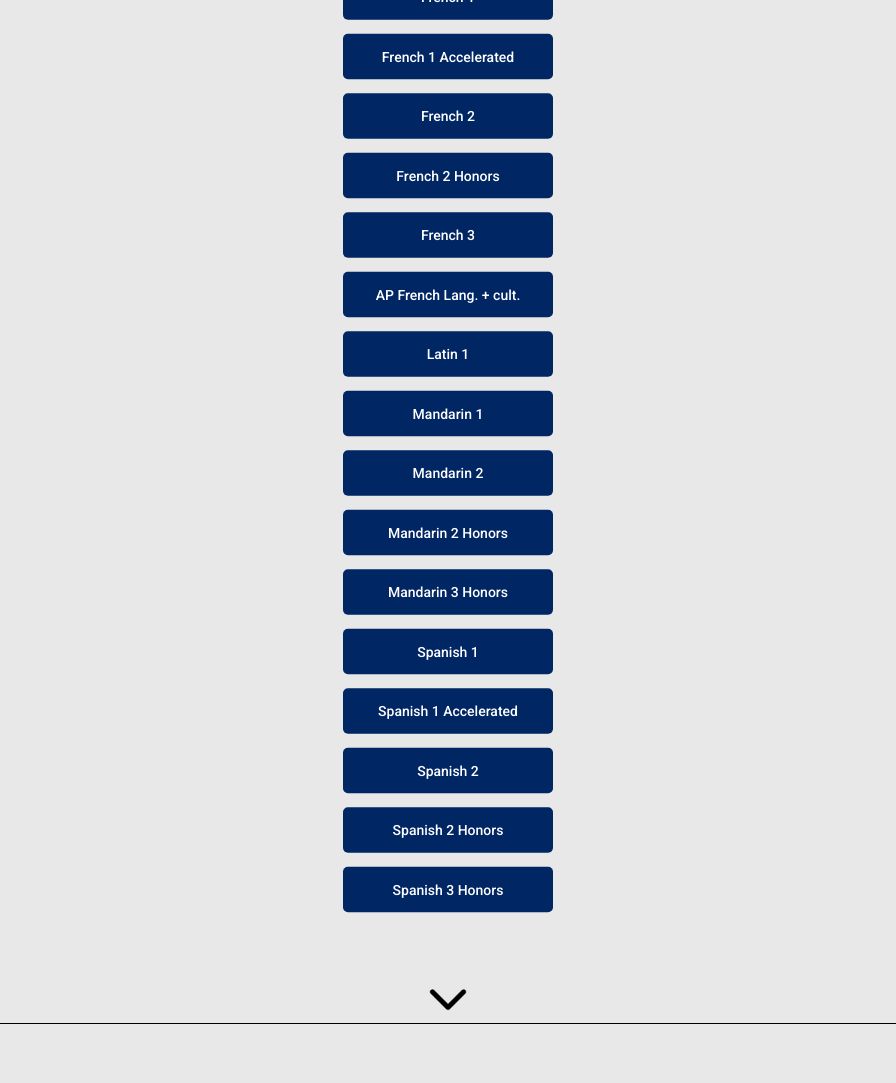
Repository: BuddyBob/si_course_selection
Page: /#/yearTwo
The author's editor kept a copy of each file at every save. The page is drawn from the files as they stood at one save, then again after the next save.
The browser window is 1280 px wide. The pictures show the part of the page from y = 1443 to 3363 px (the page is 2990 px tall before and 3363 px after), at 70% of full size.
The project was rebuilt for these pictures with package versions that can differ from the ones it lists, and the page was loaded fresh each time. Also part of the build but not shown: src/components/CurrentYear.js, src/getLocalStorage.js, src/Home.js, src/components/AllYears/YearFour.js, src/components/AllYears/YearOne.js, src/components/AllYears/YearThree.js.

Above is the page before, as saved 2023-01-04 11:04:50.

### public/index.html
<!DOCTYPE html>
<html lang="en">
  <head>
    <meta charset="utf-8" />
    <link rel="icon" href="%PUBLIC_URL%/favicon.ico" />
    <meta name="viewport" content="width=device-width, initial-scale=1" />
    <meta name="theme-color" content="#000000" />
    <meta
      name="description"
      content="Web site created using create-react-app"
    />
    <link rel="apple-touch-icon" href="%PUBLIC_URL%/logo192.png" />
    <link rel="manifest" href="%PUBLIC_URL%/manifest.json" />

    <link rel="preconnect" href="https://fonts.googleapis.com">
    <link rel="preconnect" href="https://fonts.gstatic.com" crossorigin>
    <link href="https://fonts.googleapis.com/css2?family=Open+Sans:wght@300;400&family=Roboto:wght@500&display=swap" rel="stylesheet">
    <title>React App</title>
  </head>
  <body>
    <noscript>You need to enable JavaScript to run this app.</noscript>
    <div id="root"></div>

  </body>
</html>

### src/index.js
import App from './App';
import React from 'react';
import ReactDOM from 'react-dom';
import { HashRouter as Router } from 'react-router-dom';

ReactDOM.render(<Router>< App /></Router>, document.getElementById("root"));

### src/App.js
import './index.css'

import {
    Route,
    Routes,
} from "react-router-dom";

import CurrentYear from "./components/CurrentYear";
import Home from "./Home";
import YearFour from "./components/AllYears/YearFour";
import YearOne from "./components/AllYears/YearOne";
import YearThree from "./components/AllYears/YearThree";
import YearTwo from "./components/AllYears/YearTwo";

export default function App() {
    return (
          <Routes>
            <Route  exact path='/' element={<Home/>} />
            <Route  exact path='/currentYear' element={<CurrentYear/>} />
            <Route  exact path='/yearOne' element={<YearOne/>} />
            <Route  exact path='/yearTwo' element={<YearTwo/>} />
            <Route  exact path='/yearThree' element={<YearThree/>} />
            <Route  exact path='/yearFour' element={<YearFour/>} />
          </Routes>
    );
  }

### src/index.css
:root {
  --background:#e8e8e8;
  --main:#002664;
  --secondary:#A61930;
  --highlight:#2D2D2D;
  --text:#2D2D2D;
}

*{
  padding: 0;
  margin: 0;
  box-sizing: border-box;
  cursor: default;
  font-family: 'Open Sans', sans-serif;
  font-family: 'Roboto', sans-serif;
}

body{
  background: var(--background);
  overflow-x: hidden;
}


.main-container{
/* center */
  display: flex;
  flex-direction: column;
  justify-content: center;
  align-items: center;
  width: 100%;
  height: 100%;
  margin: auto;
}

.sub-container{
  display: flex;
  flex-direction: row;
}



.title{
  font-style: normal;
  font-size: 90px;
  color: var(--secondary);
  font-weight: 500px;
  /* center text to page; */
  margin: auto;
  width: 50%;
  text-align: center;
  position: relative;
  top: 100px;


}

@media screen and (max-width: 1150px) {
  .sub-container{
    flex-direction: column;
  }
  .title{
    font-size: 60px;
    width: 80%;
    text-align: center;
  }

}

select {
  border: #002664 1px solid;
  border-radius: 7px;
  background: #002664;
  width: 300px;
  height: 80px;/*Width of select dropdown to give space for arrow image*/
  color: #FFF;
  text-align: center;
  font-size: 25px;
  font-weight: 20px;
  margin: 200px;;

}




.pg1dd{
  display: flex;
  flex-direction: column;
  justify-content: center;
  align-items: center;
  width: 100%;
  height: 100%;
  margin: auto;
  position: relative;
  top: 200px;

}



.arrow1{

  /* center content */
  display: flex;
  flex-direction: column;
  justify-content: center;
  align-items: center;
  position: relative;
  top: 100px

}


.arrow1:hover{
  animation: arrow1 1s infinite;
  color: var(--secondary);
  cursor: pointer;
}

.bounce {
  animation: bounce 3s infinite;
}

@keyframes bounce {
  0%, 20%, 50%, 80%, 100% {
      -moz-transform: translateY(0);
      -ms-transform: translateY(0);
      -webkit-transform: translateY(0);
      transform: translateY(0);
    }
    40% {
      -moz-transform: translateY(-10px);
      -ms-transform: translateY(-10px);
      -webkit-transform: translateY(-10px);
      transform: translateY(-10px);
    }
    40% {
      -moz-transform: translateY(-30px);
      -ms-transform: translateY(-30px);
      -webkit-transform: translateY(-30px);
      transform: translateY(-30px);
    }
    60% {
      -moz-transform: translateY(-15px);
      -ms-transform: translateY(-15px);
      -webkit-transform: translateY(-15px);
      transform: translateY(-15px);
    }
}

### src/components/AllYears/YearTwo.js
import '../courseSelection.css'

import React, {useEffect, useState} from 'react'

import arrow from '../../assets/Arrow 5.png'
import courseData from '../../assets/courses.json'
import { useNavigate } from "react-router-dom";

export default function Yeartwo() {
  let navigate = useNavigate();
  const [grade, setGrade] = useState(localStorage.getItem('grade'));
  let grades = Object.keys(courseData)
  let nextGrade = grades[Object.keys(courseData).indexOf(grade)+1]
  let subjects = courseData[nextGrade].subjects
  let courses = courseData[nextGrade].classes



function courseSelect(e) {
  let userCourse = e.target.innerHTML
  let userSubject = e.target.value


}

function nextPage() {
    //make sure not a senior
  if (grade !== "Junior"){
    navigate("/yearthree");
  }
  else{
    navigate("/ThisIsTheResultsPage");
  }
}

    return (
    <div>
        <div className="Headers">
          <div className="Nav">
            <h1 className="navCourseSelect" >SI COURSE SELECTION</h1>
          </div>
          <h1 className="titleCourseSelect" >All Years - {nextGrade} </h1>
        </div>


        <div className="courseSelect">
          {subjects.map((subject, index) => (
            <div key={index}>
              <h2 className="subject">{subject}</h2>
              <div className="courses">
              {courses[subject].map((course, index) => (
                <div key={index}>
                    <button value={subject} className="course_btn" onClick={(e) => courseSelect(e)}>{course}</button>
                </div>
              ))}
              </div>
            </div>
          ))}
            <input type="image" src={arrow} alt="arrow2" className="arrow2 bounce2" onClick={() => nextPage()}/>
        </div>

    </div>
  )
}

### src/components/courseSelection.css
:root {
    --background:#e8e8e8;
    --main:#002664;
    --secondary:#A61930;
    --highlight:#2D2D2D;
    --text:#2D2D2D;
  }

.Nav{
  background-color: var(--secondary);
  padding: 30px;
}
.navCourseSelect{
  color: var(--background);
  font-weight: 100px;

}
.titleCourseSelect{
    font-style: normal;
    font-size: 70px;
    font-weight: 400;
    color: var(--secondary);

    /* center text to page; */
    margin: auto;
    width: 40%;
    text-align: center;

    position: relative;
    top: 100px;


}

@media screen and (max-width: 900px) {
  .titleCourseSelect{
    font-size: 50px;
    width: 80%;
  }
  .navCourseSelect{
    /* center text */
    margin: auto;
    width: 80%;
    text-align: center;

  }
}




.courseSelect{
    position: relative;
    top: 200px;
    margin: auto;
    text-align: center;
}
.subject{
    color: var(--text);
    margin: auto;
    text-align: center;
    font-size: 50px;
    font-weight:200;
    padding-top: 20px;

  }

  .courses{
    position: relative;
    margin-bottom: 100px;
    margin-top:25px;

  }

.course_btn{
    border: #002664 0px solid;
    border-radius: 7px;
    background: #002664;
    width: 300px;
    height: 65px;/*Width of select dropdown to give space for arrow image*/
    color: #FFF;
    text-align: center;
    font-size: 20px;
    font-weight: 30px;
    margin: 10px;
}

.course_btn:hover{
    background: var(--secondary);
    color: #FFF;
    cursor: pointer;
}

.course_btn_selected{
  background: #A61930;
  color: #FFF;
  cursor: pointer;
}

.arrow2{
  justify-content: center;
  align-items: center;
  position: relative;
  top: 0px;
  right: 0%;
  margin-bottom:100px;
}


.arrow2:hover{
  animation: arrow1 1s infinite;
  color: var(--secondary);
  cursor: pointer;
}

.bounce2 {
  animation: bounce 3s infinite;
}

@keyframes bounce2 {
  0%, 20%, 50%, 80%, 100% {
      -moz-transform: translateY(0);
      -ms-transform: translateY(0);
      -webkit-transform: translateY(0);
      transform: translateY(0);
    }
    40% {
      -moz-transform: translateY(-10px);
      -ms-transform: translateY(-10px);
      -webkit-transform: translateY(-10px);
      transform: translateY(-10px);
    }
    40% {
      -moz-transform: translateY(-30px);
      -ms-transform: translateY(-30px);
      -webkit-transform: translateY(-30px);
      transform: translateY(-30px);
    }
    60% {
      -moz-transform: translateY(-15px);
      -ms-transform: translateY(-15px);
      -webkit-transform: translateY(-15px);
      transform: translateY(-15px);
    }
}

### src/assets/courses.json
{
    "Freshman":{
        "subjects":[
            "Math",
            "English",
            "Language"
        ]
        ,
        "classes":{
            "Math":[
                "Algebra 1",
                "Algebra 1 Acc",
                "Algebra 2 Honors"
            ],
            "English":[
                "English 100",
                "English 103 Honors"
            ],
            "Language":[
                "French 1",
                "French 1 Accelerated",
                "French 2",
                "French 2 Honors",
                "French 3",
                "AP French Lang. + cult.",
                "Latin 1",
                "Mandarin 1",
                "Mandarin 2",
                "Mandarin 2 Honors",
                "Mandarin 3 Honors",
                "Spanish 1",
                "Spanish 1 Accelerated",
                "Spanish 2",
                "Spanish 2 Honors",
                "Spanish 3 Honors"
            ]

        }
    },
    "Sophomore":{
        "subjects":[
            "Math",
            "English",
            "Language"
        ]
        ,
        "classes":{
            "Math":[
                "Geometry",
                "Geometry Accelerated",
                "Geometry Honors"
            ],
            "English":[
                "English 200",
                "English 203 Honors"
            ],
            "Language":[
                "French 1",
                "French 1 Accelerated",
                "French 2",
                "French 2 Honors",
                "French 3",
                "French 3 Honors",
                "French 4",
                "Francophone Film + Lit 1",
                "Francophone Film + Lit 2",
                "AP French Lang. + cult.",
                "Latin 1",
                "Latin 2",
                "Latin 2 Honors",
                "Latin 3: Poetry",
                "Latin 3 Honors",
                "Mandarin 1",
                "Mandarin 2",
                "Mandarin 2 Honors",
                "Mandarin 3",
                "AP Mandarin Lang. + cult.",
                "Spanish 1",
                "Spanish 2",
                "Spanish 2 Honors",
                "Spanish 3",
                "Spanish 3 Honors",
                "Spanish 4",
                "AP Spanish Lang. + cult.",
                "Espanol Moderno"
            ]

        }
    }
    ,
    "Junior":{
        "subjects":[
            "Math",
            "English",
            "Language"
        ]
        ,
        "classes":{
            "Math":[
                "Algebra 2",
                "PreCalc Accelerated",
                "PreCalc Honors",
                "Intro to Finance"
            ],
            "English":[
                "English 300",
                "English 303 Honors"
            ],
            "Language":[
                "French 1",
                "French 1 Accelerated",
                "French 2",
                "French 2 Honors",
                "French 3",
                "French 3 Honors",
                "French 4",
                "Francophone Film + Lit 1",
                "Francophone Film + Lit 2",
                "AP French Lang. + cult.",
                "Latin 1",
                "Latin 2",
                "Latin 2 Honors",
                "Latin 3: Poetry",
                "Latin 3 Honors",
                "AP Latin",
                "Mandarin 1",
                "Mandarin 2",
                "Mandarin 2 Honors",
                "Mandarin 3",
                "Mandarin 4",
                "AP Mandarin Lang. + cult.",
                "Spanish 1",
                "Spanish 2",
                "Spanish 2 Honors",
                "Spanish 3",
                "Spanish 3 Honors",
                "Spanish 4",
                "AP Spanish Lang. + cult.",
                "Espanol Moderno"
            ]

        }
    },
    "Senior":{
        "subjects":[
            "Math",
            "English",
            "Language"
        ]
        ,
        "classes":{
            "Math":[
                "Pre Calculus",
                "Calculus",
                "AP Calculus AB",
                "*AP Calculus BC 8°",
                "AP Statistics",
                "Honors MultiVar Calc",
                "Honors Linear Algebra",
                "Math Analysis",
                "Intro to Finance"

            ],
            "English":[
                "AP English Lit and Comp",
                "English 430",
                "English 440",
                "English 420",
                "English 435",
                "English 450",
                "English 460",
                "English 473",
                "English 592",
                "English 482"
            ],
            "Language":[
                "French 1",
                "French 1 Accelerated",
                "French 2",
                "French 2 Honors",
                "French 3",
                "French 3 Honors",
                "French 4",
                "Francophone Film + Lit 1",
                "Francophone Film + Lit 2",
                "AP French Lang. + cult.",
                "Latin 2",
                "Latin 2 Honors",
                "Latin 3: Poetry",
                "Latin 3 Honors",
                "AP Latin",
                "Mandarin 3",
                "AP Mandarin Lang. + cult.",
                "Spanish 2",
                "Spanish 2 Honors",
                "Spanish 3",
                "Spanish 3 Honors",
                "Spanish 4",
                "AP Spanish Lang. + cult.",
                "Espanol Moderno"
            ]

        }
    }
}

After the next save:
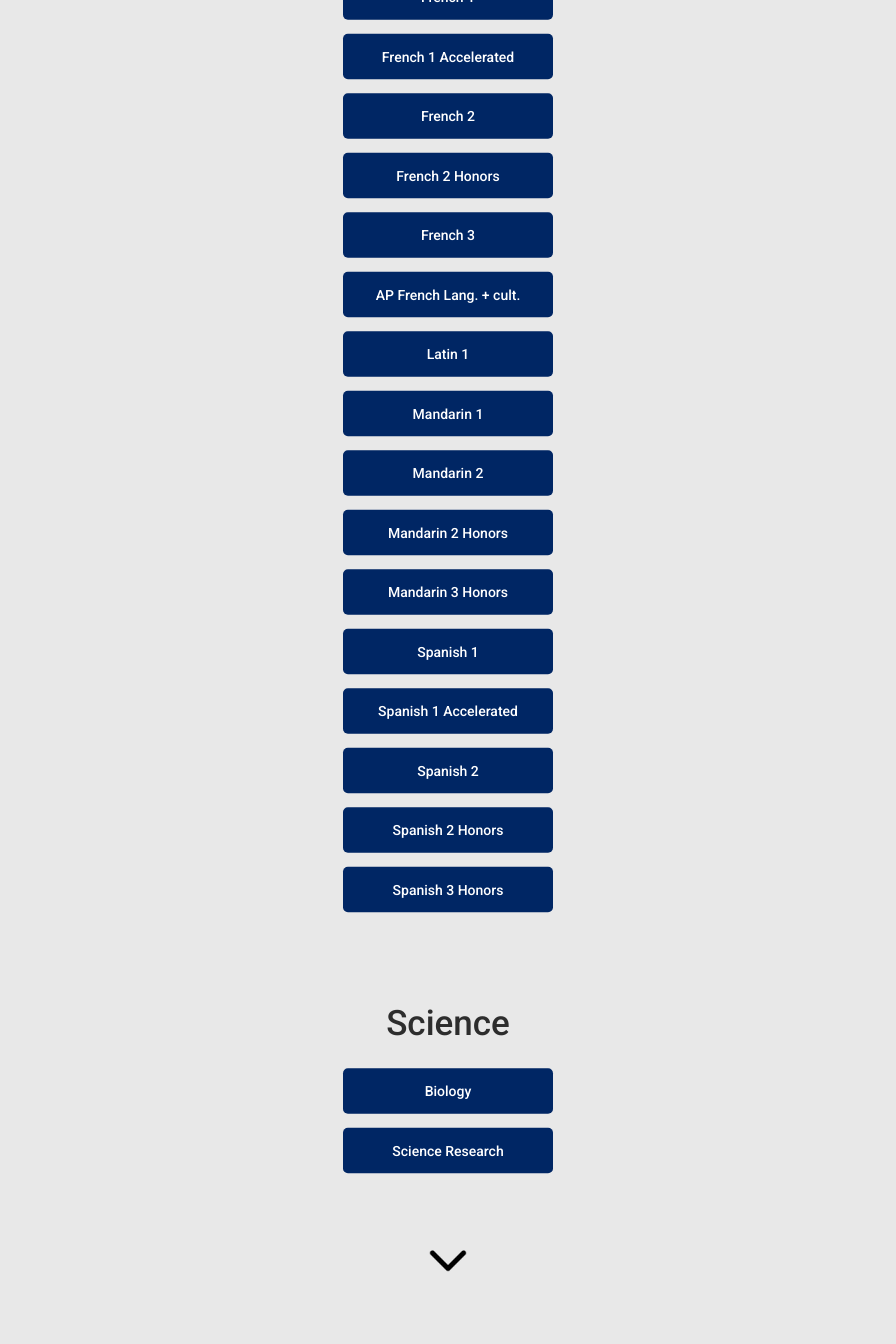
Saved 10 min 14 s later.
--- a/src/assets/courses.json
+++ b/src/assets/courses.json
@@ -3,7 +3,8 @@
         "subjects":[
             "Math",
             "English",
-            "Language"
+            "Language",
+            "Science"
         ]
         ,
         "classes":{
@@ -33,6 +34,11 @@
                 "Spanish 2",
                 "Spanish 2 Honors",
                 "Spanish 3 Honors"
+            ],
+            "Science":[
+                "Biology",
+                "Science Research"
+
             ]
 
         }
@@ -41,7 +47,8 @@
         "subjects":[
             "Math",
             "English",
-            "Language"
+            "Language",
+            "Science"
         ]
         ,
         "classes":{
@@ -83,6 +90,17 @@
                 "Spanish 4",
                 "AP Spanish Lang. + cult.",
                 "Espanol Moderno"
+            ],
+            "Science":[
+                "Biology",
+                "Chemistry",
+                "Chemistry Honors",
+                "Physics",
+                "Physics Honors",
+                "AP Biology",
+                "ADV Placement Sci. lab",
+                "Human Anatomy + Physiology"
+
             ]
 
         }
@@ -92,7 +110,8 @@
         "subjects":[
             "Math",
             "English",
-            "Language"
+            "Language",
+            "Science"
         ]
         ,
         "classes":{
@@ -137,6 +156,17 @@
                 "Spanish 4",
                 "AP Spanish Lang. + cult.",
                 "Espanol Moderno"
+            ],
+            "Science":[
+                "Biology",
+                "Chemistry",
+                "Chemistry Honors",
+                "Physics",
+                "Physics Honors",
+                "AP Biology",
+                "ADV Placement Sci. lab",
+                "Human Anatomy + Physiology"
+
             ]
 
         }
